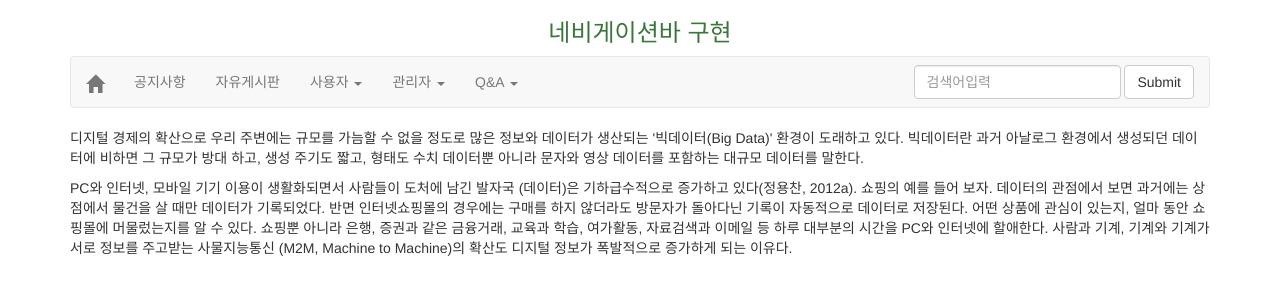
Repository: RYE415/4.jsp
Page: BootstrapTest/src/main/webapp/8.navigationbar/3.navbardropdown2.html
These files come from the project's save history. The page is drawn as it stood at one moment and after the next save; the edit follows.
The browser window is 1280 px wide. The pictures show the whole page.
Some web libraries are served in a nearby version.

Above is the page before, as saved 2022-08-10 06:26:44.

After the next save:
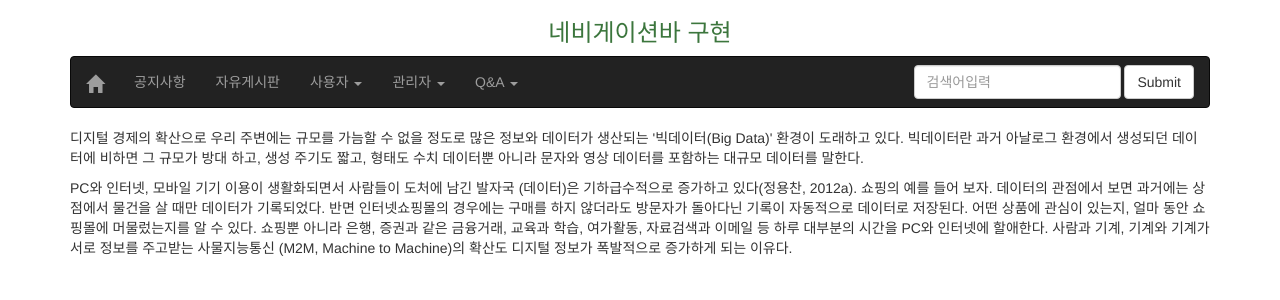
Saved 3 min 40 s later.
--- a/BootstrapTest/src/main/webapp/8.navigationbar/3.navbardropdown2.html
+++ b/BootstrapTest/src/main/webapp/8.navigationbar/3.navbardropdown2.html
@@ -18,75 +18,27 @@
     <![endif]-->
   </head>
   <body>
+  <!--
+  	1.navbar-inverse ->네비게이션 배경색과 텍스트색을 반전효과를 준다.
+   -->
     <h3 class="text-success text-center">네비게이션바 구현</h3>
     <div class="container">
-    <!--
-    .navbar {
-    display: none;
-  	}
 
-  	.navbar-default {
- 	 background-color: #f8f8f8; /*navbar의 색상과 테두리색 설정*/
- 	 border-color: #e7e7e7;
+    	<!-- 상단메뉴 및 서브메뉴 포함된 bar 생성 -->
+    	<nav class="navbar navbar-inverse role="navigation"><!-- 상단메뉴 및 서브메뉴 포함된 bar 생성 -->
+    		<div class="navbar-header">
 
- 	 .navbar-header {
-     float: left; /*왼쪽을 기준으로 배치*/
- 	 }
-	}
-     -->
-    	<!-- 상단메뉴 및 서브메뉴 포함된 bar 생성 -->
-    	<nav class="navbar navbar-default role="navigation"><!-- 상단메뉴 및 서브메뉴 포함된 bar 생성 -->
-    		<div class="navbar-header">
-    		<!-- pc화면과 모바일 화면의 전환 효과
-    		1.navbar-toggle=>네비게이션의 화면출력유무(모바일 화면으로 전환할 때 우측 상단의 메뉴 클릭)
-    		1.data-toggle="collapse" =>모바일 상태에서 클릭하면 메뉴가 나오게 설정
-    		3.data-target="찾아가는 클래스 선택자(navbar-ex1-collapse)"
-    						(모바일 상태의 메뉴 동작과 연동 부분)
-    		 -->
     			<button type="button" class="navbar-toggle"
     				data-toggle="collapse" data-target=".navbar-ex1-collapse">
     				<span class="sr-only">navigation title</span>
     				<span class="icon-bar"></span><!-- 영역설정 -->
     			</button>
-    			<!--
-    			.navbar-brand {/*로고를 기준으로 해서 왼쪽 정렬*/
-    			.navbar-brand {
-				 float: left;
-				 height: 50px;
-				 padding: 15px 15px;
-				 font-size: 18px;
-				 line-height: 20px;
-				}
-    			}
-    			.glyphicon {
-				  position: relative;
-				  top: 1px;
-				  display: inline-block;
-				  font-family: 'Glyphicons Halflings';
-				  font-style: normal;
-				  font-weight: normal;
-				  line-height: 1;
 
-				  -webkit-font-smoothing: antialiased;
-				  -moz-osx-font-smoothing: grayscale;
-				}
-    			 -->
     			<a class="navbar-brand glyphicon" href="index.jsp">
     				<span class="glyphicon glyphicon-home"></span>
     			</a>
     		</div>
-    		<!--
-    		 pc와 모바일 부분이 같게 나오게 설정하는 부분
-    		 모바일 상태에서 나오게 설정하는 부분(메뉴)
-    		 nav->display:block;
-    		 1.navbar-nav->네비게이션바의 메뉴 설정할 때 사용
-    		 	.navbar-nav{
-    		 		margin:7.5px -15px;
-    		 	}
-    		 2.collapse-> 맨 처음에는 메뉴가 안나오게 설정
-    		 3.navbar-ex1-collapse->모바일 상태에서 찾아가게 해주는 선택자
-    		 4.navbar-collapse->네비게이션바의 주메뉴의 출력부분 설정할 때
-    		-->
+
     		<div class="collapse navbar-collapse navbar-ex1-collapse">
     			<ul class="nav navbar-nav">
     				<li><a href="#">공지사항</a></li>
@@ -126,22 +78,7 @@
 		     		</ul>
      			</li>
     			</ul>
-    			<!--
-    			검색폼(role="search")과 버튼 추가
-    			1.navbar-form=>네비게이션바에 추가된 폼
-    			2.네비게이션의 항목->navbar-right(선택자)=>오른쪽에 배치
-    			.navbar-form {
-			  	padding: 10px 15px;
-			  	margin-top: 8px;
-			  	margin-right: -15px;
-			  	margin-bottom: 8px;
-			  	margin-left: -15px;
-			  	border-top: 1px solid transparent;
-			  	border-bottom: 1px solid transparent;
-			  	-webkit-box-shadow: inset 0 1px 0 rgba(255, 255, 255, .1), 0 1px 0 rgba(255, 255, 255, .1);
-			          box-shadow: inset 0 1px 0 rgba(255, 255, 255, .1), 0 1px 0 rgba(255, 255, 255, .1);
-				}
-    			-->
+
     			<form class="navbar-form navbar-right" role="search">
     				<div class="form-group">
     					<input type="text" class="form-control" placeholder="검색어입력">
